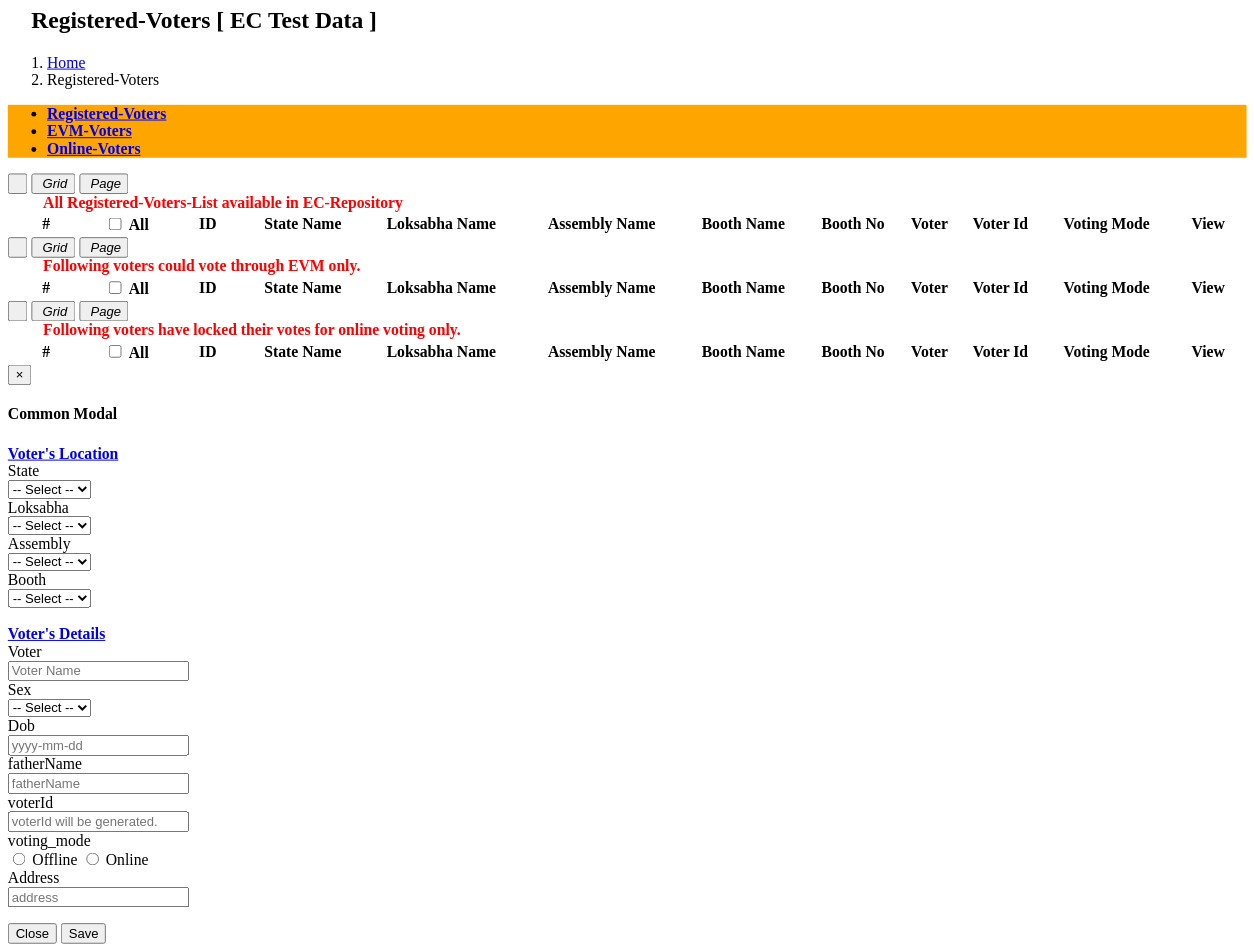
Repository: sanjeev167/IndiaOnLineVoting_3112020
Page: http://localhost/IndiaOnLineVoting/WEB-INF/jsp/ec/voters.jsp
The author's editor kept a copy of each file at every save. The page is drawn from the files as they stood at one save, then again after the next save.
The browser window is 1280 px wide. The pictures show the whole page, at 98% of full size.
The page is served by Tomcat 9. Nobody is signed in. The template is opened directly, without the code that normally fills it, so the values that code supplies are empty.

Above is the page before, as saved 2020-10-26 06:21:43.
Console error: TypeError: $(...).DataTable is not a function

After the next save:
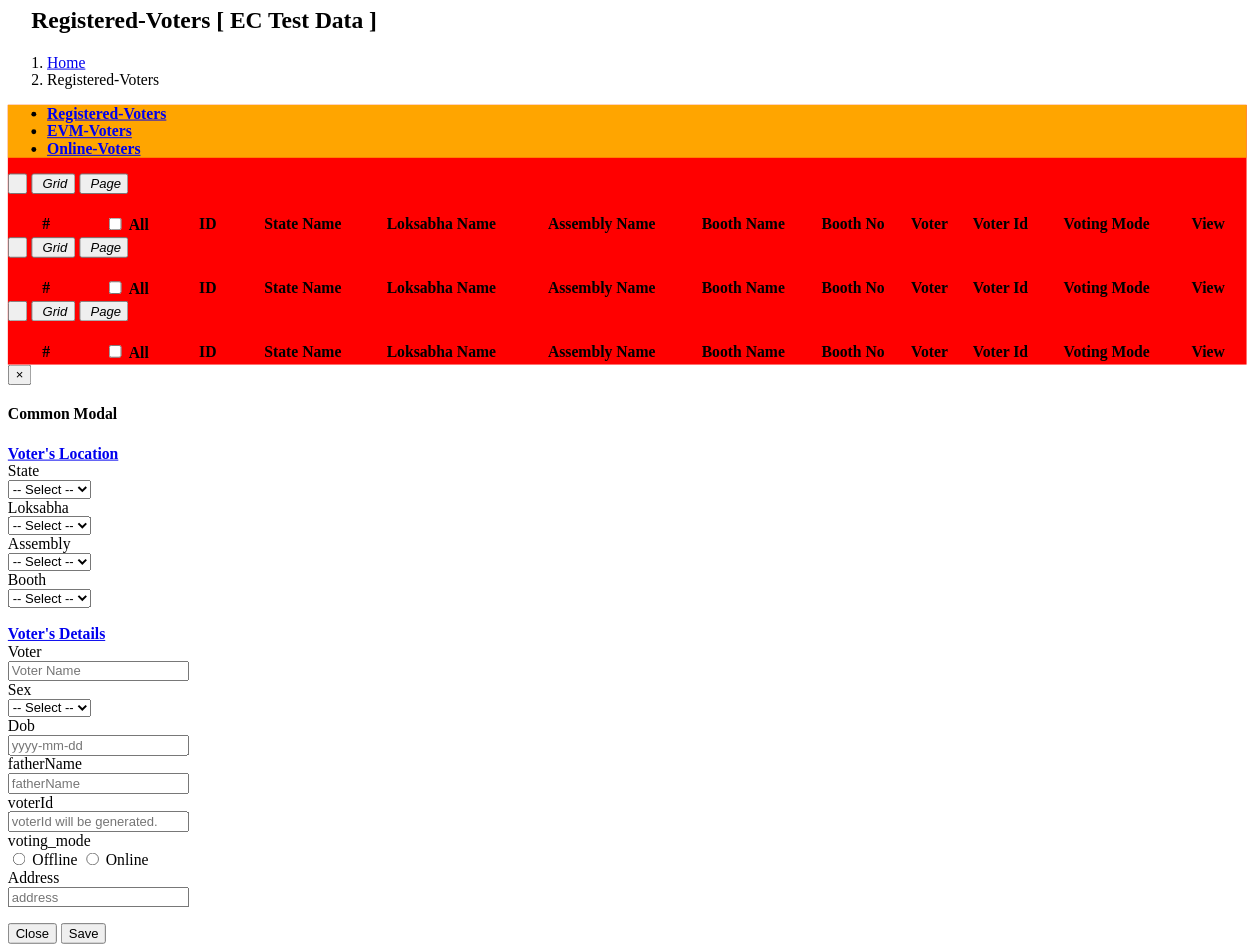
Saved 2 h 42 min later.
--- a/IndiaOnLineVoting/src/main/webapp/WEB-INF/jsp/ec/voters.jsp
+++ b/IndiaOnLineVoting/src/main/webapp/WEB-INF/jsp/ec/voters.jsp
@@ -17,7 +17,7 @@
 		<div class="row">
 
 			<div class="col-md-9">
-				<div class="nav-tabs-custom">
+				<div class="nav-tabs-custom" style="background-color: red;">
 					<ul class="nav nav-tabs"
 						style="background-color: orange; font-weight: bold;">
 						<li class="active"><a href="#activity" data-toggle="tab">Registered-Voters</a></li>
